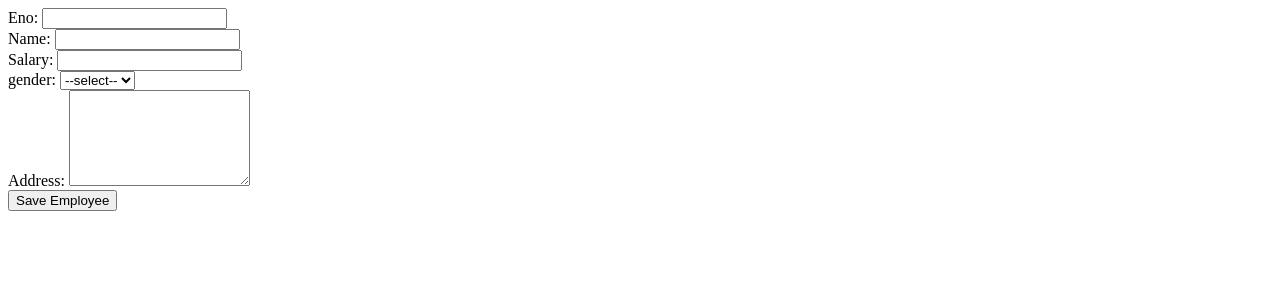
Repository: rajneesh1008/JavaWorld
Page: http://localhost/MOC1/Emp.jsp
An editor plug-in stored every save of this project. The page is shown before and after the next save, followed by the edit.
The browser window is 1280 px wide. The pictures show the whole page.
The page is served by Tomcat 9.

Above is the page before, as saved 2019-05-05 15:28:21.

After the next save:
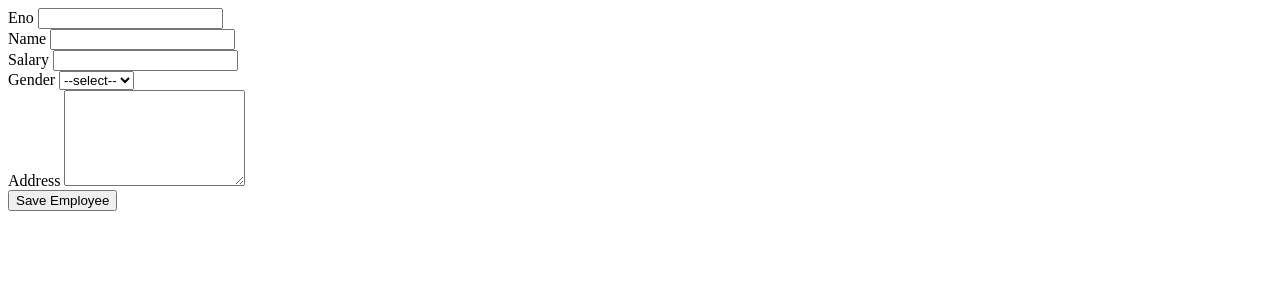
Saved 9 h 41 min later.
--- a/Project/MOC1/WebContent/Emp.jsp
+++ b/Project/MOC1/WebContent/Emp.jsp
@@ -9,19 +9,19 @@
 <body>
 <form action="EmployeeControllerServlet" method="post">
 <div>
-<label>Eno:</label>
+<label>Eno</label>
 <input type="text" name="eno"/>
 </div>
 <div>
-<label>Name:</label>
+<label>Name</label>
 <input type="text" name="name"/>
 </div>
 <div>
-<label>Salary:</label>
+<label>Salary</label>
 <input type="text" name="salary"/>
 </div>
 <div>
-<label>gender:</label>
+<label>Gender</label>
 <select name="gender">
 <option>--select--</option>
 <option>Male</option>
@@ -30,7 +30,7 @@
 </select>
 </div>
 <div>
-<label>Address:</label>
+<label>Address</label>
 <textarea rows="6" cols="20" name="address"></textarea>
 </div>
 <button>Save Employee</button>
